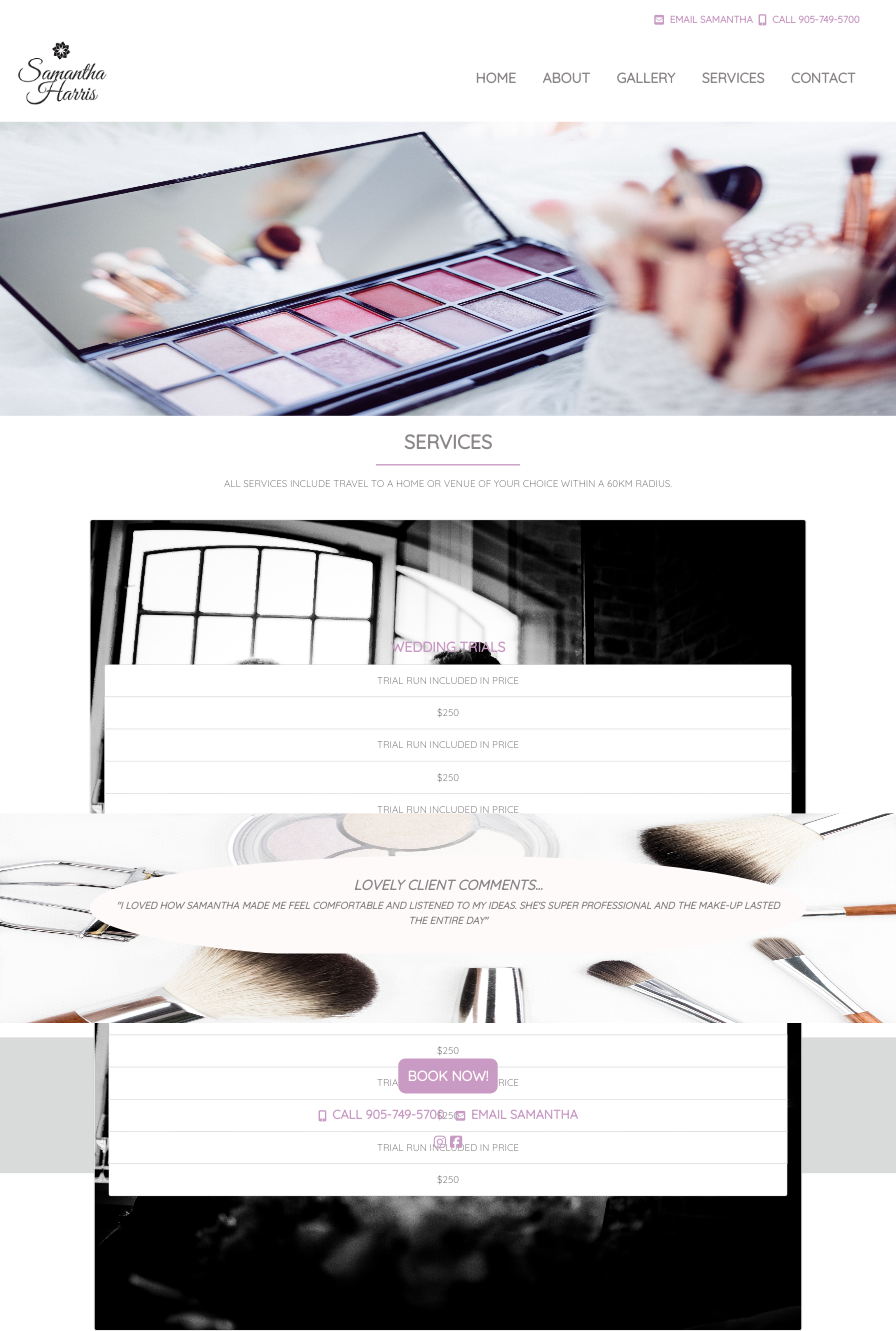
Repository: JayneyNix/milestone-1-UCFD
Page: services.html
The author's editor kept a record of every edit. The page is drawn from the files as they stood at one moment, then again after the next edit.
The browser window is 1280 px wide. The pictures show the whole page, at 70% of full size.
Some web libraries are served in a nearby version.

Above is the page before.

After the next edit:
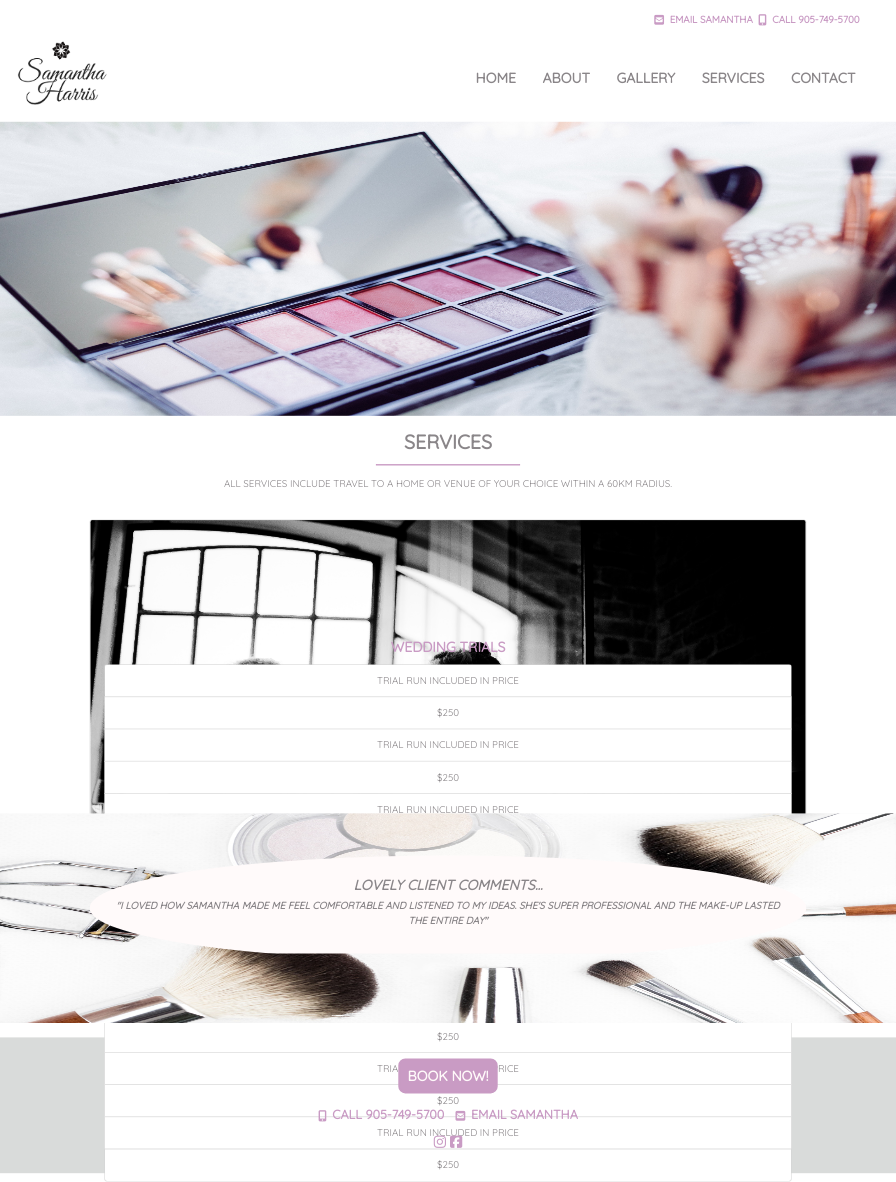
The edit:
--- a/services.html
+++ b/services.html
@@ -111,10 +111,7 @@
                     <li class="list-group-item">Trial Run included in price</li>
                     <li class="list-group-item">$250</li>
 
-                    <div class="row pricing-row d-flex justify-content-center no-gutter">
-            <div class="card services-heading col-md-12 d-flex align-content-center flex-wrap">
-                <img class="card-img img-fluid" src="Assets/make-up-artist-and-bride-facing-eachother.jpg">
-                <div class="card-img-overlay">
+
                     <h2 class="card-title h2 headings">Wedding Trials</h2>
                     <ul class="list-group p headings">
                     <li class="list-group-item">Trial Run included in price</li>
